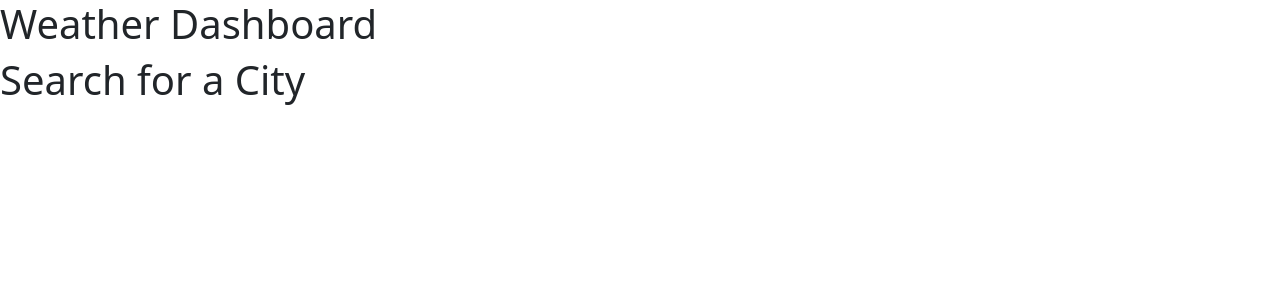
Repository: ziffoit/Weather_Dashboard
Page: index.html
The author's editor kept a copy of each file at every save. The page is drawn from the files as they stood at one save, then again after the next save.
The browser window is 1280 px wide. The pictures show the whole page.

Above is the page before, as saved 2021-03-24 22:59:07.

After the next save:
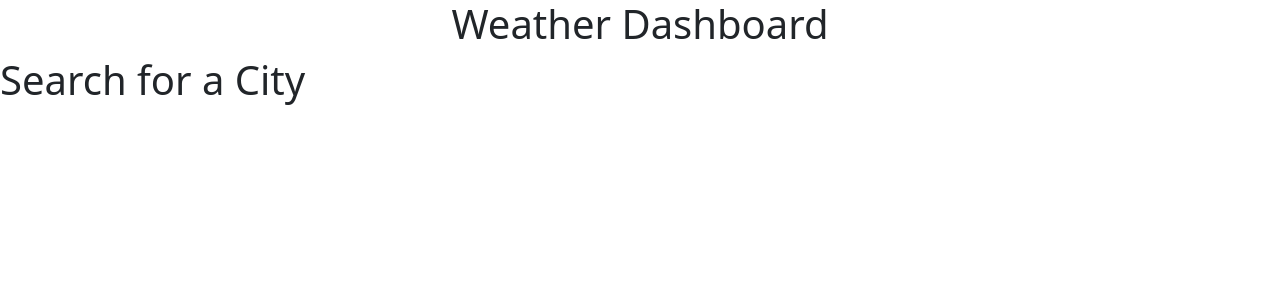
Saved 33 s later.
--- a/index.html
+++ b/index.html
@@ -13,7 +13,7 @@
   </head>
   <body>
     <header>
-      <h1>Weather Dashboard</h1>
+      <h1 style="text-align: center">Weather Dashboard</h1>
     </header>
     <aside style="float: left">
       <h1>Search for a City</h1>
